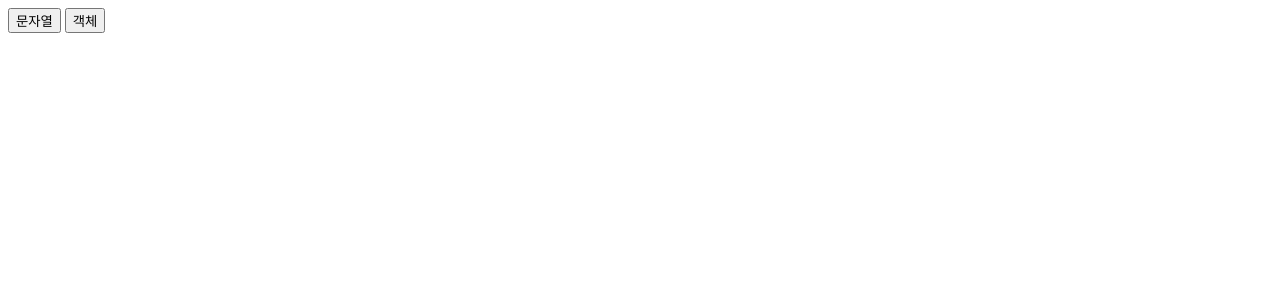
Repository: Rysdne/04_Spring
Page: http://localhost/demo-4/
The author's editor kept a copy of each file at every save. The page is drawn from the files as they stood at one save, then again after the next save.
The browser window is 1280 px wide. The pictures show the whole page.
The page is served by Tomcat 9.

Above is the page before, as saved 2022-09-13 03:08:41.

After the next save:
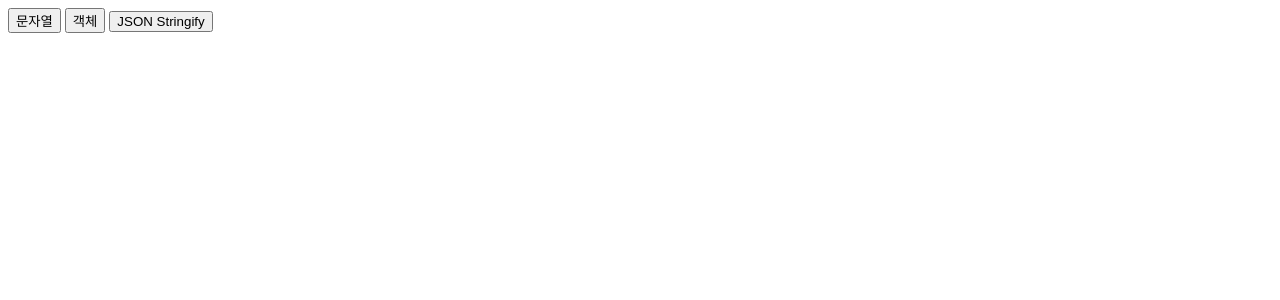
Saved 12 min 53 s later.
--- a/demo-4/src/main/webapp/index.jsp
+++ b/demo-4/src/main/webapp/index.jsp
@@ -35,6 +35,7 @@ function objectjson(){
 
 <button onclick="stringjson()">문자열</button>
 <button onclick="objectjson()">객체</button>
+<button onclick="jsonstringify()">JSON Stringify</button>
 
 <script>
 
